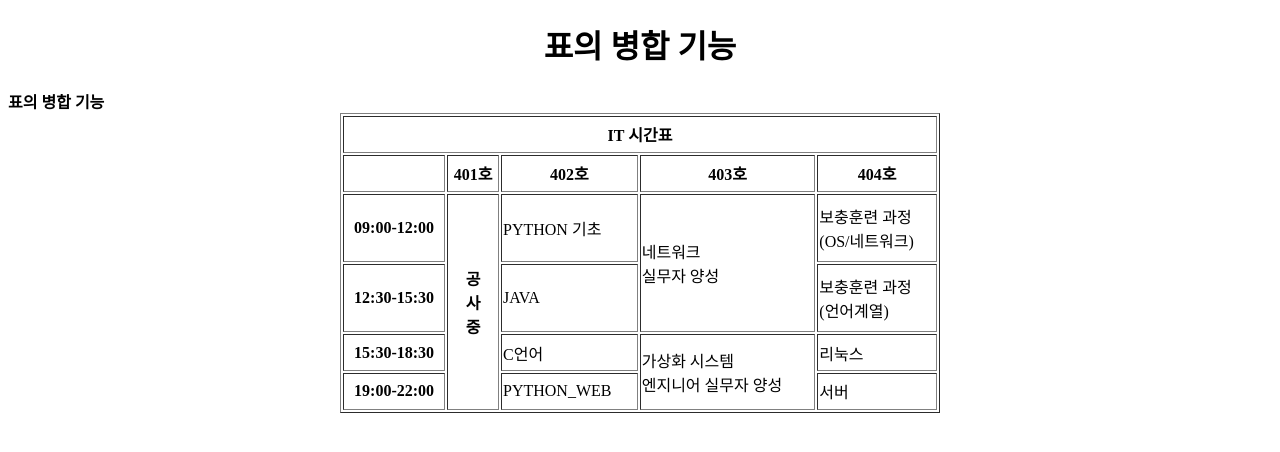
Repository: hui-Joo/html
Page: html/quiz.html
The author's editor kept a copy of each file at every save. The page is drawn from the files as they stood at one save, then again after the next save.
The browser window is 1280 px wide. The pictures show the whole page.

Above is the page before, as saved 2021-10-04 06:11:47.

After the next save:
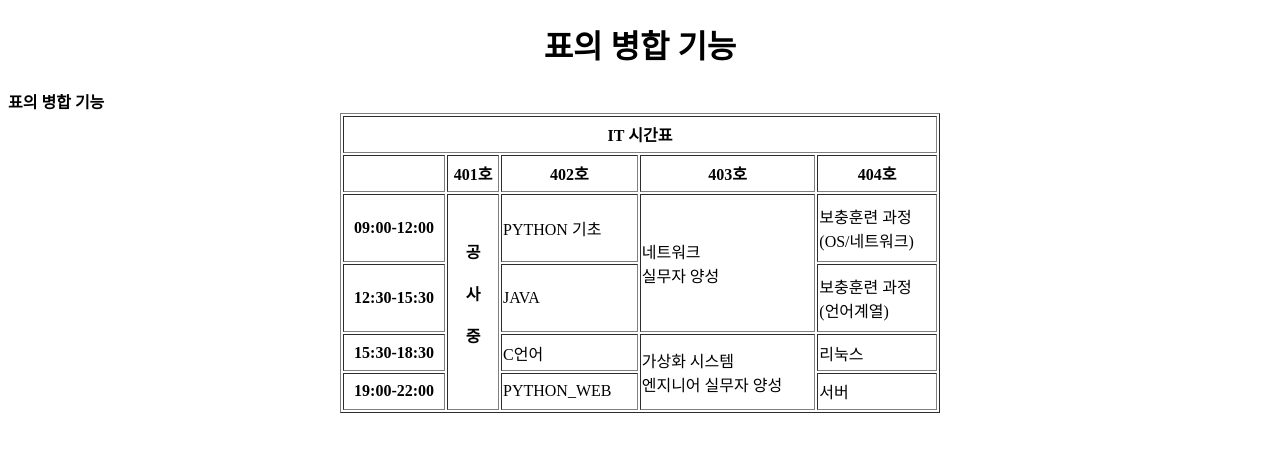
Saved 34 s later.
--- a/html/quiz.html
+++ b/html/quiz.html
@@ -18,7 +18,7 @@
 	<th></th> <th>401호</th><th>402호</th><th>403호</th><th>404호</th>
 	</tr>
 	<tr>
-	<th>09:00-12:00</th><th rowspan="4">공<br>사<br>중<br></th><td>PYTHON 기초</td><td rowspan="2">네트워크<br>실무자 양성</td><td>보충훈련 과정<br>(OS/네트워크)</td>
+	<th>09:00-12:00</th><th rowspan="4">공<br><br>사<br><br>중<br><br></th><td>PYTHON 기초</td><td rowspan="2">네트워크<br>실무자 양성</td><td>보충훈련 과정<br>(OS/네트워크)</td>
 	</tr>
 
 	<tr>
